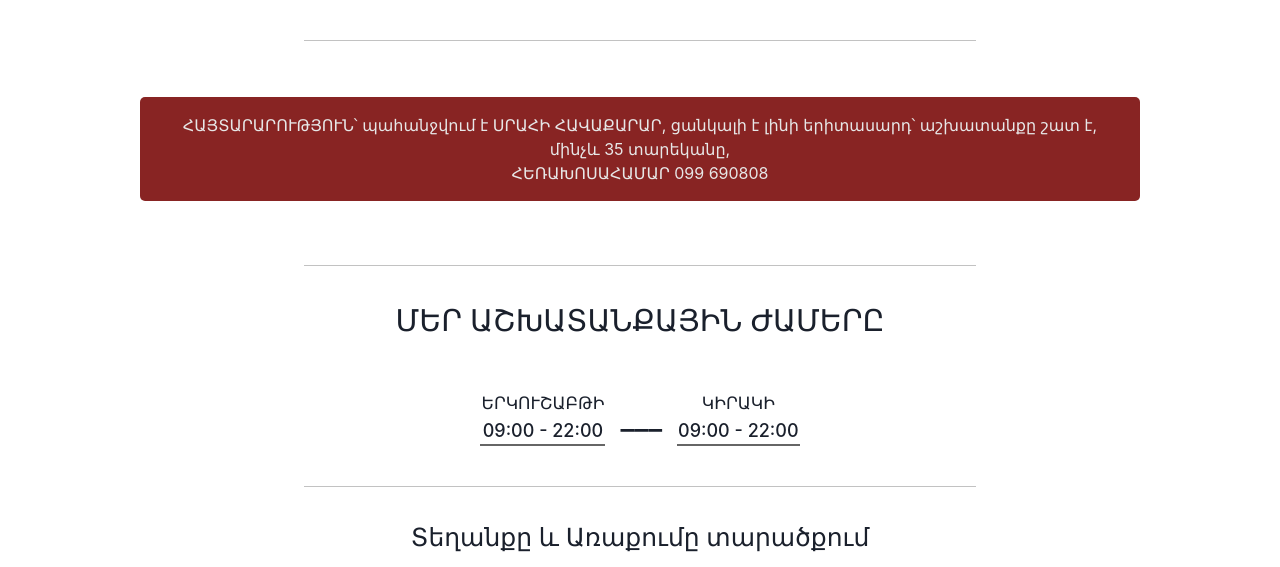
Repository: vahemar/xars
Page: /
These files come from the project's save history. The page is drawn as it stood at one moment and after a run of saves; the edit follows.
The browser window is 1280 px wide. The pictures show the part of the page from y = 720 to 1287 px (the page is 3430 px tall before and 3454 px after).
Pictures or frames that could not be fetched are drawn as grey boxes. Some web fonts or font styles are not loaded; a fallback is used. Some web libraries are served in a nearby version. The project was rebuilt for these pictures with package versions that can differ from the ones it lists, and the page was loaded fresh each time. Also part of the build but not shown: vite.config.js, src/pages/Home/Delivery/index.jsx, src/pages/Menu/index.jsx.

Above is the page before, as saved 2025-06-18 00:48:31.

After the next 6 saves:
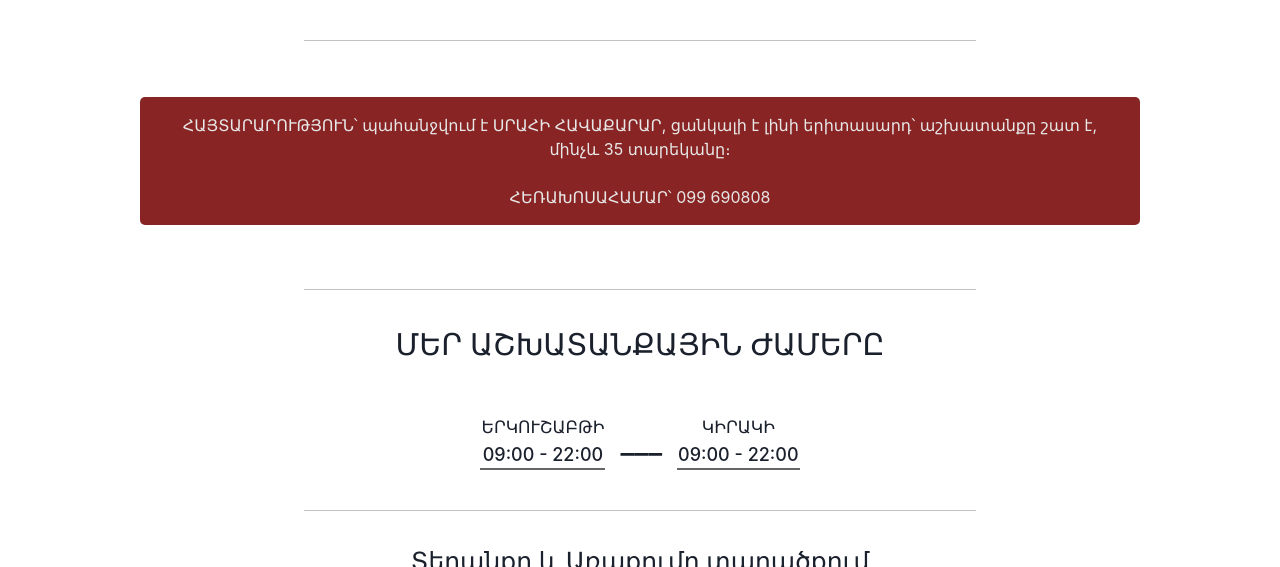
The 6 saves are shown as one change because 2 did not build or start and some came seconds apart.
The last was saved 19 s later.
--- a/src/pages/Home/Attention/index.jsx
+++ b/src/pages/Home/Attention/index.jsx
@@ -5,7 +5,7 @@ function Attention() {
   return (
     <Flex mt={6} borderRadius={'5px'} p={4} maxW={'1000px'} w={'full'} bg={'#882423'} direction={'column'} justify={'center'} align={'center'}>
         <a href='tel:099690808'>
-        <Text color={'#E7E7E7'} _hover={{color: 'white'}} transition={'0.2s'} textAlign={'center'} cursor={'pointer'}>ՀԱՅՏԱՐԱՐՈՒԹՅՈՒՆ՝ պահանջվում է ՍՐԱՀԻ ՀԱՎԱՔԱՐԱՐ, ցանկալի է լինի երիտասարդ՝ աշխատանքը շատ է, մինչև 35 տարեկանը, <br />ՀԵՌԱԽՈՍԱՀԱՄԱՐ 099 690808 </Text>
+        <Text color={'#E7E7E7'} _hover={{color: 'white'}} transition={'0.2s'} textAlign={'center'} cursor={'pointer'}>ՀԱՅՏԱՐԱՐՈՒԹՅՈՒՆ՝ պահանջվում է ՍՐԱՀԻ ՀԱՎԱՔԱՐԱՐ, ցանկալի է լինի երիտասարդ՝ աշխատանքը շատ է, մինչև 35 տարեկանը։ <br /> <br/> ՀԵՌԱԽՈՍԱՀԱՄԱՐ՝ 099 690808 </Text>
         </a>
     </Flex>
   )
